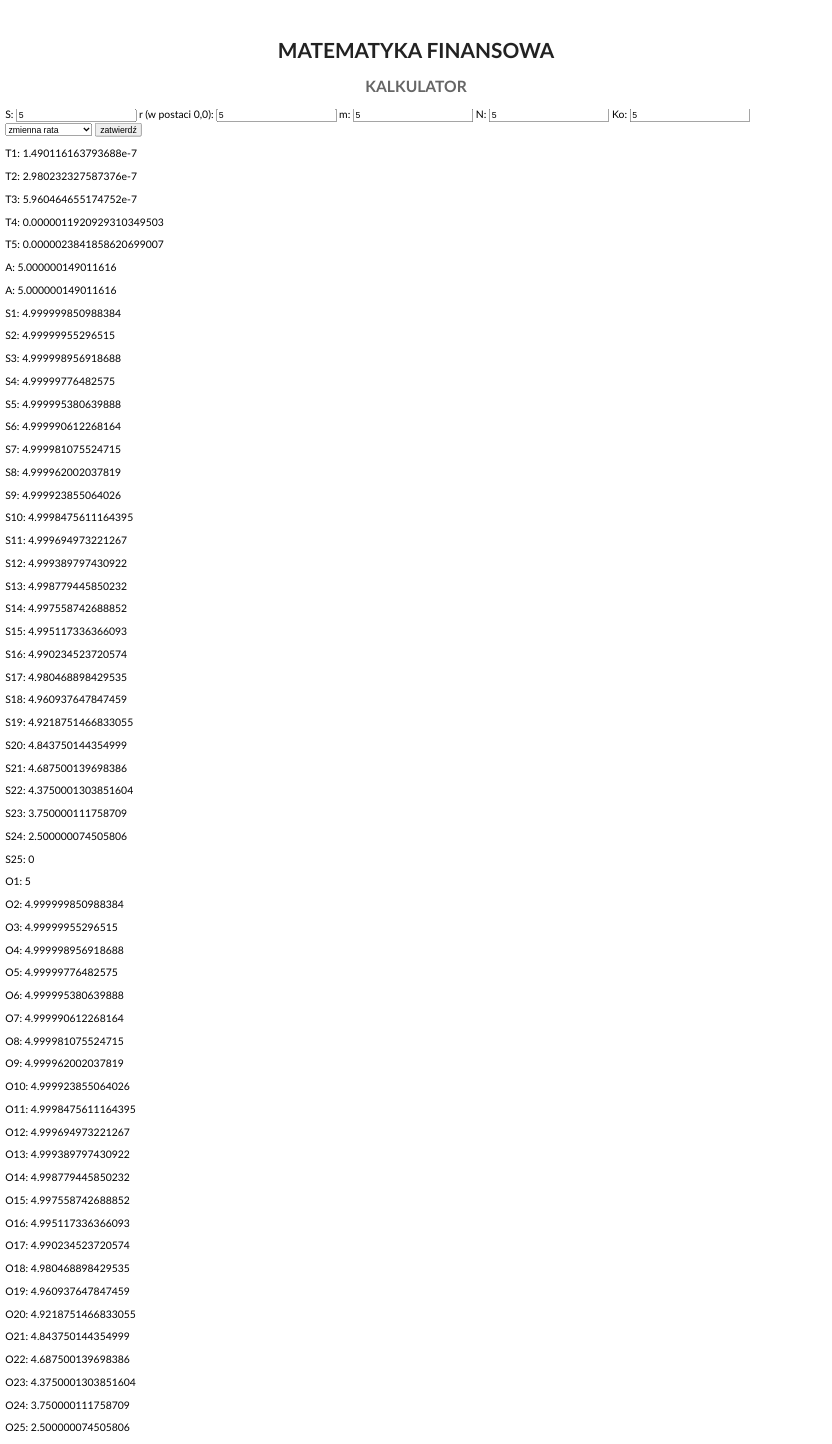
Repository: ravkita/MFCalc
Page: index.html
These files come from the project's save history. The page is drawn as it stood at one moment and after the next save; the edit follows.
The browser window is 1280 px wide. The pictures show the whole page, at 65% of full size.
Empty fields were first filled with sample values (such as "Sample", 5 or name@example.com).
After loading, the first visible `#confirm` was clicked once.

Above is the page before, as saved 2021-04-12 18:48:04.

### index.html
<!DOCTYPE html>
<html lang="en">
<head>
    <meta charset="UTF-8">
    <meta http-equiv="X-UA-Compatible" content="IE=edge">
    <meta name="viewport" content="width=device-width, initial-scale=1.0">
    <title>Kalkulator</title>

    <style type="text/css">
        body{
            font-family: 'Gill Sans', 'Gill Sans MT', Calibri, 'Trebuchet MS', sans-serif;
        }
        .header{
            width: 100%;
            display: flex;
            flex-direction: column;
            justify-content: center;
            align-items: center;
        }
        .title{
            color: #222;
            margin-top: 50px;
            margin-bottom: 10px;
        }
        .subtitle{
            margin-top: 10px;
            color: #666666;
        }
    </style>
</head>
<body>
    <header class="header">
        <h1 class="title">MATEMATYKA FINANSOWA</h1>
    <h2 class="subtitle">KALKULATOR</h2>
    </header>
    <form action="" id="rata">
        <label for="S">S:</label> <input type="number" name="S" class="s">
        <label for="r">r (w postaci 0,0):</label> <input type="number" name="r" class="r">
        <label for="m">m:</label> <input type="number" name="m" class="m">
        <label for="N">N:</label> <input type="number" name="N" class="N">
        <label for="Ko">Ko:</label> <input type="number" name="Ko" class="Ko">
        <select name="type" id="typ">
            <option value="1">zmienna rata</option>
            <option value="2">zmienne płatności</option>
            <option value="3">narastanie kapitału</option>
        </select>
        <input type="button" name="confirm" id="confirm" value="zatwierdź">
    </form>
    <div class="result">

    </div>
    <script type="text/javascript">
        let s;
        let r;
        let m;
        let N;
        let q;
        let a;
        let Ko;
        let Sn = [];
        function rataStała(){
            const el = document.createElement("p");
            let t = s/(m*N);
            el.innerText = `T: ${t}`;
            document.querySelector('.result').appendChild(el);
        }
        function rataZmienna(){
            let tn = [];
                for(let i = 1; i<=N; i++){
                    const el = document.createElement("p");
                    tn[i-1] = s*((Math.pow(q, i) - Math.pow(q, i-1))/(Math.pow(q, m*N) - 1));
                    el.innerText = `T${i}: ${tn[i-1]}`;
                    document.querySelector('.result').appendChild(el);
                }
        }
        function kwotaPlatnosciStala(){
            const el = document.createElement("p");
            a = s*Math.pow(q, m*N)*((q-1)/(Math.pow(q, m*N)-1));
            el.innerText = `A: ${a}`;
            document.querySelector('.result').appendChild(el);
        }
        function kwotaPlatnosciZmienna(){
            for(let i = 1; i<=N*m; i++){
                const el = document.createElement("p");
                let an = (s/(N*m))*[1+((N*m)-i+1)*(r/m)];
                el.innerText = `A${i}: ${an}`;
                document.querySelector('.result').appendChild(el);
            }
        }
        function narastanieKapitału(){
            for(let i = 1; i<=N; i++){
                const el = document.createElement("p");
                let Kn = Ko*(Math.pow((1+(r/m)), i*m));
                el.innerText = `K${i}: ${Kn}`;
                document.querySelector('.result').appendChild(el);
            }
        }
        function odsetkiPrzyStalejRacie(){
            for(let i = 1; i<=N*m; i++){
                const el = document.createElement("p");
                let On = s*[1-((i-1)/(N*m))]*(r/m);
                el.innerText = `O${i}: ${On}`;
                document.querySelector('.result').appendChild(el);
            }
        }
        function saldoPrzyStałejKwocie(){
            kwotaPlatnosciStala();
            for(let i = 1; i<=N*m; i++){
                const el = document.createElement("p");
                Sn[i-1] = s*(Math.pow((1+(r/m)), i)) - a*((Math.pow((1+(r/m)), i)-1)/((1+(r/m))-1));
                el.innerText = `S${i}: ${Sn[i-1]}`;
                document.querySelector('.result').appendChild(el);
            }
        }
        function odsetkiPrzyStalejKwocie(){
            for(let i = 1; i<=N*m; i++){
                const el = document.createElement("p");
                let On

                if(i === 1){
                     On = s*(r/m);
                }else{
                     On = Sn[i-2]*(r/m);
                }

                el.innerText = `O${i}: ${On}`;
                document.querySelector('.result').appendChild(el);
            }
        }
        function getData(){
            document.getElementById('confirm').addEventListener('click', (e) =>{
                s = document.querySelector('.s').value;
                r = document.querySelector('.r').value;
                m = document.querySelector('.m').value;
                N = document.querySelector('.N').value;
                Ko = document.querySelector('.Ko').value;
                q = 1+(r/m);
                let type = document.querySelector('#typ').value;
                document.querySelector('.result').innerHTML="";

                switch (type){
                    case "1":
                    rataZmienna();
                    kwotaPlatnosciStala();
                    saldoPrzyStałejKwocie();
                    odsetkiPrzyStalejKwocie()
                    break;
                    case "2":
                    kwotaPlatnosciZmienna();
                    rataStała();
                    odsetkiPrzyStalejRacie();
                    break;
                    case "3":
                    narastanieKapitału();
                }
            });
        }
        getData();
    </script>
</body>
</html>

After the next save:
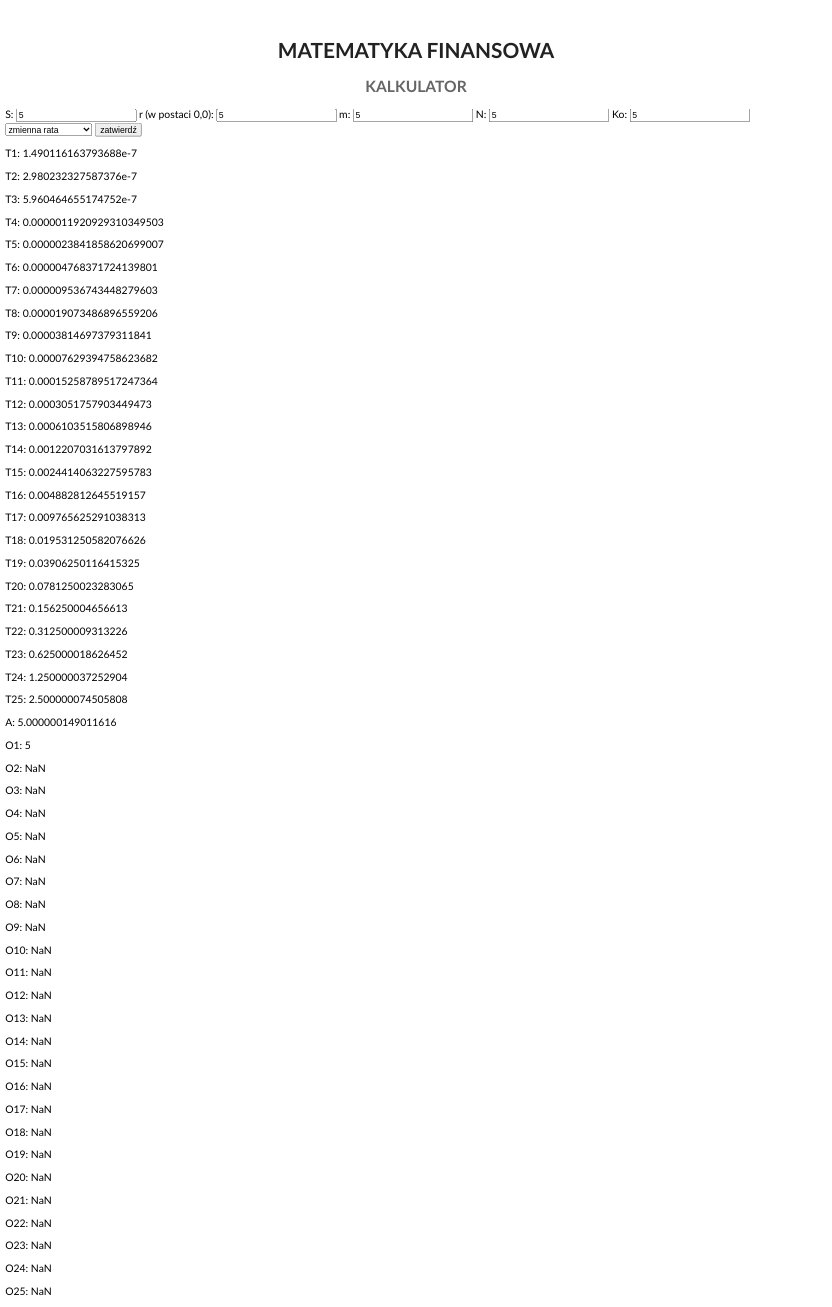
Saved 2 min 27 s later.
--- a/index.html
+++ b/index.html
@@ -66,7 +66,7 @@
         }
         function rataZmienna(){
             let tn = [];
-                for(let i = 1; i<=N; i++){
+                for(let i = 1; i<=N*m; i++){
                     const el = document.createElement("p");
                     tn[i-1] = s*((Math.pow(q, i) - Math.pow(q, i-1))/(Math.pow(q, m*N) - 1));
                     el.innerText = `T${i}: ${tn[i-1]}`;
@@ -142,7 +142,6 @@
                     case "1":
                     rataZmienna();
                     kwotaPlatnosciStala();
-                    saldoPrzyStałejKwocie();
                     odsetkiPrzyStalejKwocie()
                     break;
                     case "2":
